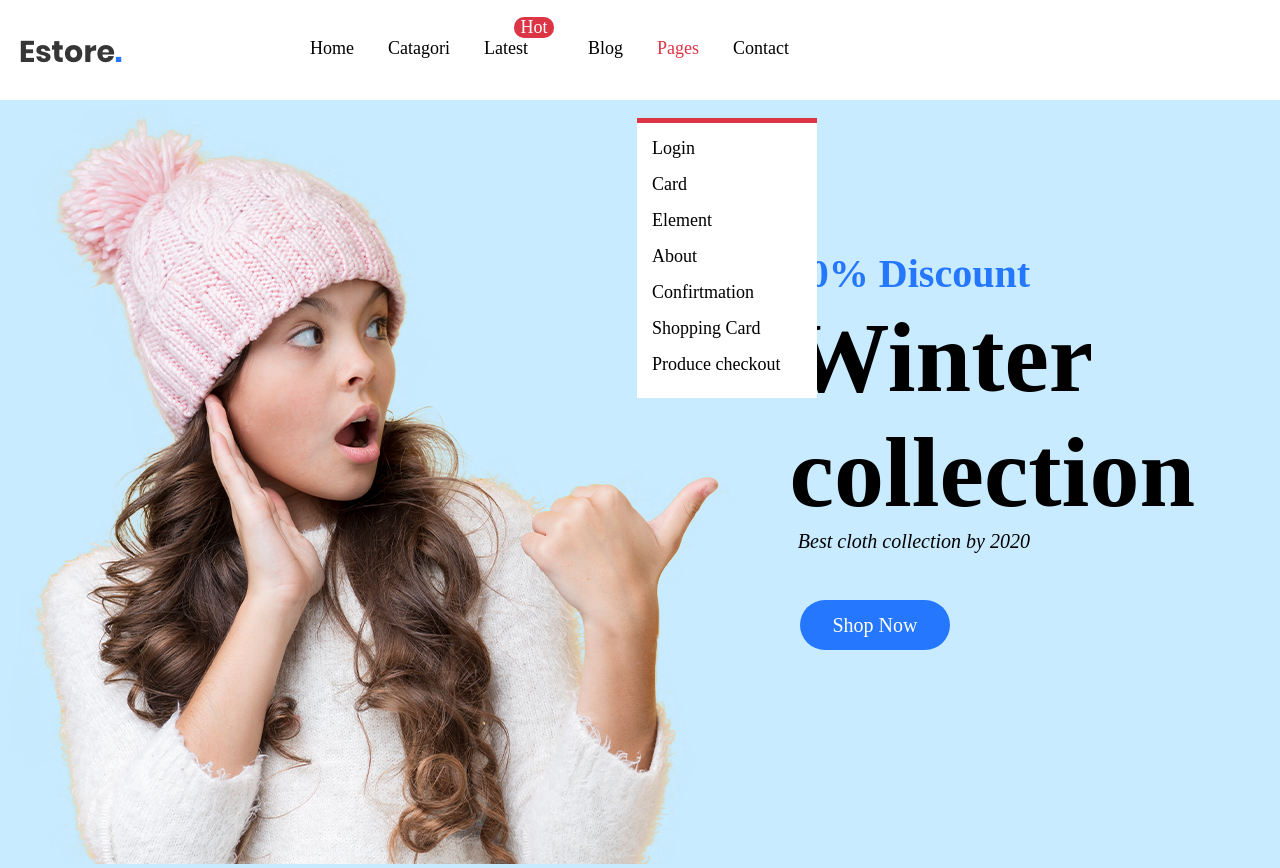
Repository: nhutduy0803/template1
Page: index.html
An editor plug-in stored every save of this project. The page is shown before and after the next save, followed by the edit.
The browser window is 1280 px wide. The pictures show the whole page.
The pointer rests on the first visible `.header li:nth-child(5)`.

Above is the page before, as saved 2021-12-02 21:47:26.

### index.html
<!DOCTYPE html>
<html lang="en">
  <head>
    <meta charset="UTF-8" />
    <meta http-equiv="X-UA-Compatible" content="IE=edge" />
    <meta name="viewport" content="width=device-width, initial-scale=1.0" />
    <title>TEMPLATE</title>
    <link rel="stylesheet" href="./assets/css/style.css" />
    <link
      rel="stylesheet"
      href="./assets/css/font/fontawesome-free-5.15.4-web/css/all.min.css"
    />
  </head>
  <body>
    <script src="./index.js"></script>
    <div class="header">
      <img class="logo" src="./assets/css/img/logo.webp" alt="" />
      <ul>
        <li>Home</li>
        <li>Catagori</li>
        <li>
          <p>Hot</p>
          Latest
          <ul class="sub-nav">
            <span>Produce list</span>
            <span>Produce Detail</span>
          </ul>
        </li>
        <li>
          Blog
          <ul class="sub-nav2">
            <span>Blog</span>
            <span>Blog Details</span>
          </ul>
        </li>
        <li>
          Pages
          <ul class="sub-nav3">
            <span>Login</span>
            <span>Card</span>
            <span>Element</span>
            <span>About</span>
            <span>Confirtmation</span>
            <span>Shopping Card</span>
            <span>Produce checkout</span>
          </ul>
        </li>
        <li>Contact</li>
      </ul>
    </div>
    <div class="slide">
      <h3>60% Discount</h3>
      <h2>
        Winter<br />
        collection
      </h2>
      <p>Best cloth collection by 2020</p>
      <div class="shop-now">Shop Now</div>
      <img src="./assets/css/img/slider.webp" alt="" />
    </div>
  </body>
</html>

### assets/css/style.css
* {
  margin: 0;
  padding: 0;
  box-sizing: border-box;
}

html {
  scroll-behavior: smooth;
}

.header {
  width: 100%;
  height: 100px;
  background-color: #fff;
}

.slide {
  width: 100%;
  height: 100%;
  background: #c8ebff;
}

.slide h3 {
  position: absolute;
  right: 250px;
  top: 250px;
  font-family: "Yellowtail", "cursive";
  color: #2577fd;
  font-size: 40px;
}

.slide h2 {
  position: absolute;
  right: 85px;
  top: 300px;
  font-size: 100px;
}

.slide p {
  font-family: "Playfair Display", serif;
  font-style: italic;
  font-size: 20px;
  position: absolute;
  right: 250px;
  top: 530px;
}

.shop-now {
  border-radius: 30px;
  display: flex;
  justify-content: center;
  align-items: center;
  position: absolute;
  right: 330px;
  top: 600px;
  color: #fff;
  font-size: 20px;
  width: 150px;
  height: 50px;
  background: #2577fd;
}

.shop-now::before {
  position: absolute;
  left: 0px;
  top: 0px;
  border-radius: 20px;
  opacity: 0.4;
  content: " ";
  width: 0px;
  height: 50px;
  background: #00b1ff;
  transition: 0.5s;
}

.shop-now:hover::before {
  width: 150px;
  transition: 0.5s;
  border-radius: 20px;
}

.logo {
  margin-left: 20px;
  margin-top: 40px;
  display: inline-block;
}

.header ul {
  margin-top: -50px;
  margin-left: 280px;
}

.header li:nth-child(3) {
  position: relative;
}

.header li:nth-child(4) {
  position: relative;
}

.header li:nth-child(5) {
  position: relative;
}

.header li:nth-child(3) p {
  width: 40px;
  background: #dc3545;
  display: flex;
  justify-content: center;
  align-items: center;
  color: #fff;
  padding: 0 7px;
  margin-left: 30px;
  border-radius: 10px;
  height: auto;
}

.header ul li {
  font-size: 18px;
  margin-left: 30px;
  display: inline-block;
  font-weight: 500;
}
.header ul li:hover {
  transition: 0.3s;
  color: #dc3545;
}

.header {
  z-index: 10;
}

.sub-nav span {
  margin-left: 15px;
  margin-top: 15px;
  display: block;
  color: #000;
}

.sub-nav2 span {
  margin-left: 15px;
  margin-top: 15px;
  display: block;
  color: #000;
}
.sub-nav3 span {
  margin-left: 15px;
  margin-top: 15px;
  display: block;
  color: #000;
}

.sub-nav span:hover {
  color: #dc3545;
}

.sub-nav2 span:hover {
  color: #dc3545;
}

.sub-nav3 span:hover {
  color: #dc3545;
}

.sub-nav {
  border-top: 5px solid #dc3545;
  position: absolute;
  top: 50px;
  left: -300px;
  background: #fff;
  width: 150px;
  height: 100px;
  opacity: 0;
  transition: 0.3s;
}

.sub-nav2 {
  border-top: 5px solid #dc3545;
  position: absolute;
  top: 50px;
  left: -300px;
  background: #fff;
  width: 150px;
  height: 100px;
  opacity: 0;
  transition: 0.3s;
}

.sub-nav3 {
  border-top: 5px solid #dc3545;
  position: absolute;
  top: 50px;
  left: -300px;
  background: #fff;
  width: 180px;
  height: 280px;
  opacity: 0;
  transition: 0.3s;
  z-index: 10;
}

.header li:nth-child(3):hover .sub-nav {
  position: absolute;
  top: 130px;
  transition: 0.3s;
  opacity: 1;
}

.header li:nth-child(4):hover .sub-nav2 {
  position: absolute;
  top: 130px;

  transition: 0.3s;
  opacity: 1;
}

.header li:nth-child(5):hover .sub-nav3 {
  position: absolute;
  top: 130px;

  transition: 0.3s;
  opacity: 1;
}

### index.js
function openheader() {
  var openheader = document.querySelector(".sub-nav");
  openheader.classList.toggle("opensubnav");
}

Loaded but not shown: assets/css/font/fontawesome-free-5.15.4-web/css/all.min.css (library)

After the next save:
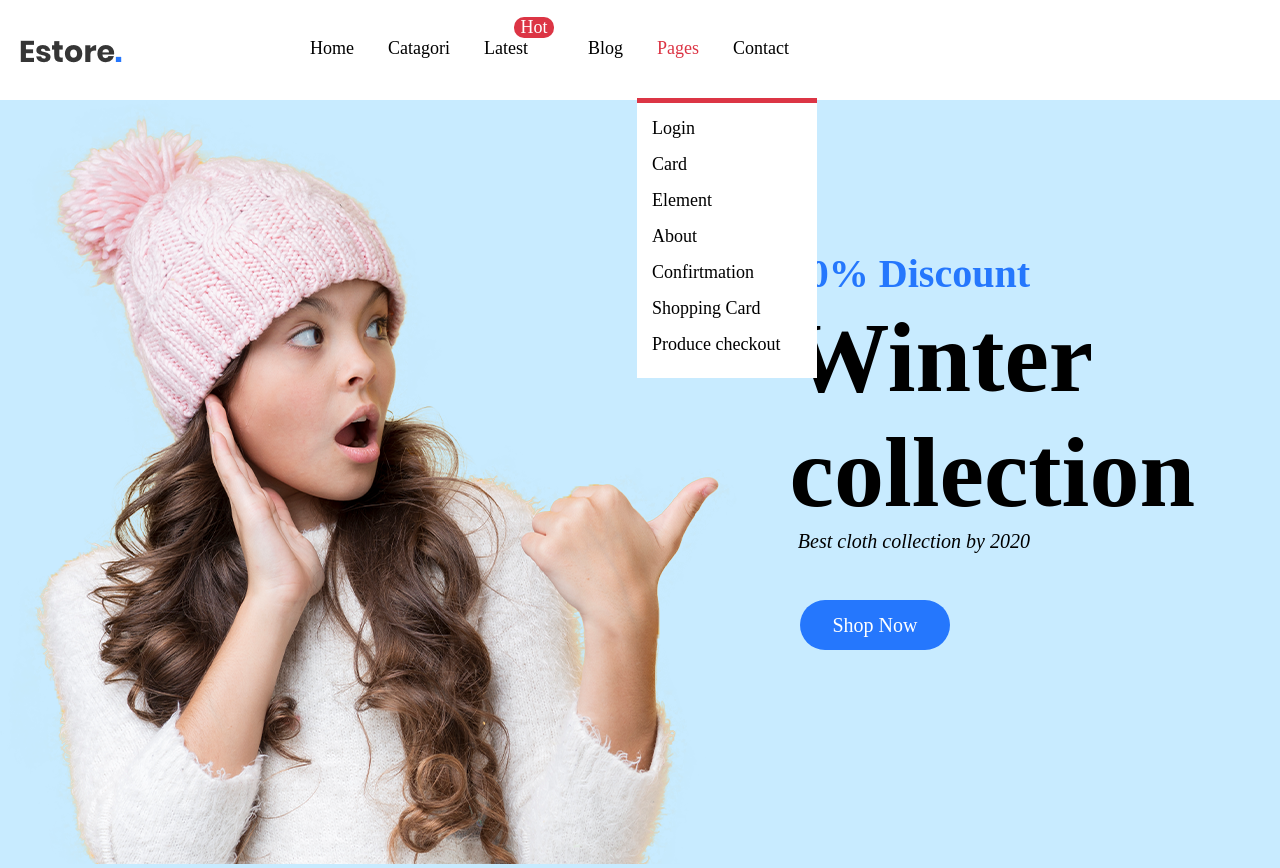
Saved 9 s later.
--- a/assets/css/style.css
+++ b/assets/css/style.css
@@ -216,7 +216,7 @@ html {
 
 .header li:nth-child(5):hover .sub-nav3 {
   position: absolute;
-  top: 130px;
+  top: 110px;
 
   transition: 0.3s;
   opacity: 1;
